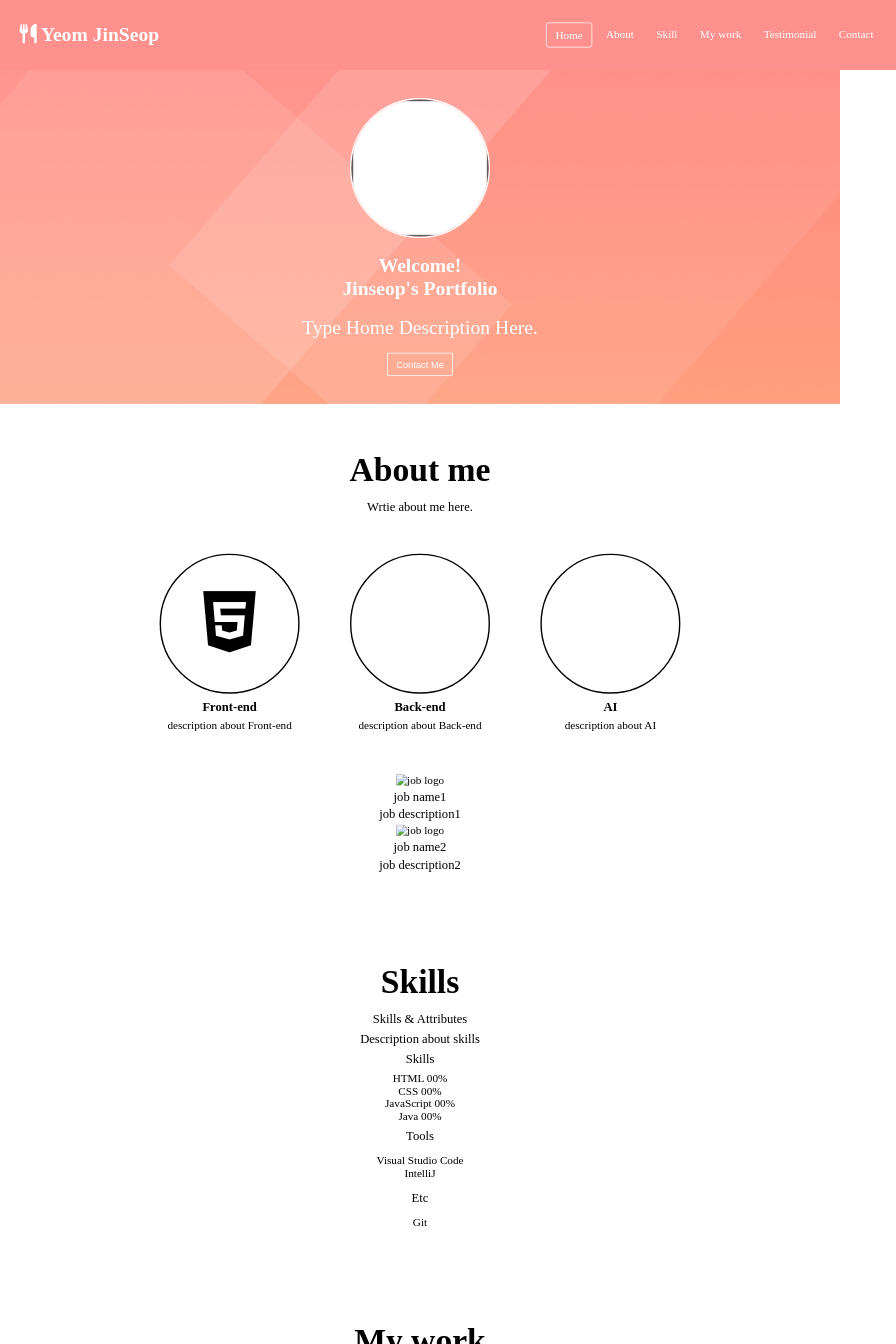
Repository: YEOMJINSEOP/yeomjinseop.github.io
Page: index.html
The author's editor kept a copy of each file at every save. The page is drawn from the files as they stood at one save, then again after the next save.
The browser window is 1280 px wide. The pictures show the part of the page from y = 0 to 1920 px (the page is 2971 px tall), at 70% of full size.
Some icons come from a web library that is not loaded, so they are not drawn. Some web libraries are served in a nearby version.

Above is the page before, as saved 2022-08-14 13:16:14.

### index.html
<!DOCTYPE html>
<html lang="en">
<head>
  <meta charset="UTF-8">
  <meta http-equiv="X-UA-Compatible" content="IE=edge">
  <meta name="viewport" content="width=device-width, initial-scale=1.0">
  <title>Jinseop's Portfolio</title>
  <meta name="author" content="Jinseop Yeom">
  <meta name="description" content="Portfolio Website For Jinseop Yeom">

  <!--Logo Image-->
  <link rel="icon" type="image/png" href="images/favicon.png">


  <!--Font Awesome-->
  <script src="https://kit.fontawesome.com/d24b25bb21.js" crossorigin="anonymous"></script>

  <!--Google Fonts-->
  <link rel="preconnect" href="https://fonts.googleapis.com">
  <link rel="preconnect" href="https://fonts.gstatic.com" crossorigin>
  <link href="https://fonts.googleapis.com/css2?family=Open+Sans:wght@400;600;700&display=swap" rel="stylesheet">

  <!--CSS-->
  <link rel="stylesheet" href="style.css">

  <!--JavaScript-->
  <script src="main.js" defer></script>

</head>
<body>
  <!--Navbar-->
  <nav id="navbar">
    <div class="navbar__logo">
      <i class="fa-solid fa-utensils"></i>
      <a href="#">Yeom JinSeop</a>
    </div>
    <div>
      <ul class="navbar__menu">
        <li class="navbar__menu__item active">Home</li>
        <li class="navbar__menu__item">About</li>
        <li class="navbar__menu__item">Skill</li>
        <li class="navbar__menu__item">My work</li>
        <li class="navbar__menu__item">Testimonial</li>
        <li class="navbar__menu__item">Contact</li>
      </ul>
    </div>
  </nav>

  <!-- Home -->
  <section id="home" class="section">
    <img src="/images/whileimage.png" alt="Jinseop's image" class="home__avatar">
    <h1 class="home__title">Welcome! <br/> Jinseop's Portfolio</h1>
    <h3 class="home__description">Type Home Description Here.</h3>
    <button class="home__button">Contact Me</button>
  </section>

  <!--About-->
  <section id="about" class="section">
    <h1>About me</h1>
    <p>Wrtie about me here.</p>

    <div class="about__majors">
      <div class="about__majors">
      <div class="major">
        <div class="major__icon">
          <i class="fa-brands fa-html5"></i>
        </div>
        <div class="major__title">
          Front-end
        </div>
        <div class="major__description">
          description about Front-end
        </div>
      </div>

      <div class="major">
        <div class="major__icon">
        </div>
        <div class="major__title">
          Back-end
        </div>
        <div class="major__description">
          description about Back-end
        </div>
      </div>


      <div class="major">
        <div class="major__icon">

        </div>
        <div class="major__title">
          AI
        </div>
        <div class="major__description">
          description about AI
        </div>
      </div>
    </div>
    </div>

    <div class="about__jobs">
      <div class="job">
        <img src="" alt="job logo" class="job__logo">
        <p class="job__name">job name1</p>
        <p class="job__description">job description1</p>
      </div>
      <div class="job">
        <img src="" alt="job logo" class="job__logo">
        <p class="job__name">job name2</p>
        <p class="job__description">job description2</p>
      </div>
    </div>
  </section>

  <!--Skills-->
  <section id="skills" class="section">
    <h1>Skills</h1>
    <h3>Skills & Attributes</h3>
    <p>Description about skills</p>
    <div class="skillset">
      <div class="skillset__left">
        <h3 class="skillset__title">Skills</h3>
        <div class="skill">
          <div class="skill_description">
            <span>HTML</span>
            <span>00%</span>
          </div>

          <div class="skill__bar">
            <div class="skill__value"></div>
          </div>
        </div>

        <div class="skill">
          <div class="skill_description">
            <span>CSS</span>
            <span>00%</span>
          </div>

          <div class="skill__bar">
            <div class="skill__value"></div>
          </div>

          <div class="skill">
            <div class="skill_description">
              <span>JavaScript</span>
              <span>00%</span>
            </div>

            <div class="skill__bar">
              <div class="skill__value"></div>
            </div>
          </div>
        </div>

        <div class="skill">
          <div class="skill_description">
            <span>Java</span>
            <span>00%</span>
          </div>

          <div class="skill__bar">
            <div class="skill__value"></div>
          </div>
        </div>
      </div>
      <div class="skillset_right">
        <div class="tools">
          <h3 class="skillset__title">Tools</h3>
          <ul class="tools_list">
            <li><span>Visual Studio Code</span></li>
            <li><span>IntelliJ</span></li>
          </ul>
        </div>

        <div class="etc">
          <h3 class="skillset__title">Etc</h3>
          <ul class="etc__list">
            <li><span>Git</span></li>
          </ul>
        </div>

      </div>
    </div>
  </section>

  <!--Work-->
  <section id="work" class="section">
    <h1>My work</h1>
    <h3>Projects</h3>
    <div class="work__categories">
      <button class="category__btn">All<span class="category__count">3</span></button>
      <button class="category__btn">Front-end<span class="category__count">1</span></button>
      <button class="category__btn">Back-end<span class="category__count">1</span></button>
      <button class="category__btn">AI<span class="category__count">1</span></button>
    </div>

    <div class="work__projects">
      <a href="#" class="project" target="blank">
        <img src="" alt="project image" class="project__image">
        <div class="project__description">
          <h3>Project Name</h3>
          <span>Description about Project</span>
        </div>
      </a>

      <a href="#" class="project" target="blank">
        <img src="" alt="project image" class="project__image">
        <div class="project__description">
          <h3>Project Name</h3>
          <span>Description about Project</span>
        </div>
      </a>

      <a href="#" class="project" target="blank">
        <img src="" alt="project image" class="project__image">
        <div class="project__description">
          <h3>Project Name</h3>
          <span>Description about Project</span>
        </div>
      </a>

      <a href="#" class="project" target="blank">
        <img src="" alt="project image" class="project__image">
        <div class="project__description">
          <h3>Project Name</h3>
          <span>Description about Project</span>
        </div>
      </a>
    </div>
  </section>

  <!--Testimonial-->
  <section id="testimonial" class="section">
    <h1>Testimonial</h1>
    <h3>See What They Say About Me</h3>
    <div class="testimonials">
      <div class="testimonial">
        <img src="" alt="Person Image" class="testimonial__avatar">
        <div class="testimonial__speech_bubble">
          <p>Recommendation Talk Here.</p>
          <p class="name"><a href="#">Professor A</a></p>
        </div>
      </div>

      <div class="testimonial">
        <img src="" alt="Person Image" class="testimonial__avatar">
        <div class="testimonial__speech_bubble">
          <p>Recommendation Talk Here.</p>
          <p class="name"><a href="#">Professor A</a></p>
        </div>
      </div>
    </div>
  </section>

  <!--Contact-->
  <section id="contact" class="section">
    <h1>Let's Talk</h1>
    <h3>yeom_123@naver.com</h3>
    <div class="contact_links">
      <a href="#" target="blank">
        <i class = "fab fa-github"></i>
      </a>

      <a href="#" target="blank">
        <i class = "fa fa-linkedin-square"></i>
      </a>
    </div>
    <p class="contact_rights">
      2022 YEOM JINSEOP - All rights reserved
    </p>
  </section>
</body>
</html>

### style.css
 /* Global */

 :root{
  /* Color */
  --color-white: #ffffff;
  --color-light-white: #eeeeee;
  --color-dark-whtie: #bdbdbd;
  --color-pink: #fe918d;
  --color-dark-pink: #ff6863;
  --color-black: #4d4d4d;
  --color-grey: #616161;
  --color-light-gray: #7c7979;
  --color-blue: #73aace;
  --color-yellow: #fff7d1;
  --color-orange: #feb546;
  --color-black: #000000;

  /* Font size */
  --font-large: 48px;
  --font-medium: 28px;
  --font-regular: 18px;
  --font-small: 16px;
  --font-micro: 14px;


  /* Font Weight */
  --weight-bold: 700;
  --weight-semi-bold: 600;
  --weight-regular: 400;

  /* Size */
  --size-border-radius: 4px;

 }

 /* Universal tages */
 * {
  box-sizing: border-box;
 }

 body{
  margin: 0;
  font-family:'Gill Sans', 'Gill Sans MT', Calibri, 'Trebuchet MS', sans-serif
  cursor: default;
}

 a{
  text-decoration: none;
  color: var(--color-white);
 }

 ul{
  list-style: none;
  padding-left: 0;
 }

 button{
  background-color: transparent;
  border: none;
  cursor: pointer;
 }



 /* Typography */

 h1{
  font-size: var(--font-large);
  font-weight: var(--weight-bold);
  color: var(--color-black);
  margin: 16px 0;
 }

 h2{
  font-size: var(--font-medium);
  font-weight: var(--weight-semi-bold);
  color: var(--color-black);
  margin: 8px 0;
 }

 h3{
  font-size: var(--font-regular);
  font-weight: var(--weight-regular);
  color: var(--color-black);
  margin: 8px 0;
 }

 p{
  font-size: var(--font-regular);
  font-weight:  var(--font-regular);
  color: var(--color-black);
  margin: 4px 0;
 }

 /* Body  */

 /* Nav */
 #navbar{
  display: flex;
  justify-content: space-between;
  align-items: center;
  background-color: var(--color-pink);
  color: var(--color-white);
  padding: 16px;
 }

 .navbar__logo{
  font-size: var(--font-medium);
  font-weight: var(--weight-semi-bold);
  padding: 8px 12px;
 }

 .navbar__menu{
  display: flex;
  font-size: var(--font-small);
  font-weight: var(--weight-regular);
 }

 .navbar__menu__item.active{
  border: 1px solid white;
 }

 .navbar__menu__item{
  padding: 8px 12px;
  margin: 0 4px;
  border-radius: var(--size-border-radius);
  cursor: pointer;
 }

 .navbar__menu__item:hover{
  background-color: var(--color-dark-pink);
 }

 /* Home */

 #home{
  background-image: url('/images/homebackground.png');
  background-position: center;
  background-repeat: no-repeat;
  background-size: cover;
  padding: 40px;
  text-align: center;
 }

 .home__avatar{
  border: 2px solid var(--color-white);
  border-radius: 50%;
  width: 200px;
  height: 200px;
 }

 .home__title,
 .home__description{
  font-size: var(--font-medium);
  color: var(--color-white);
  padding: 4px;
 }

 .home__button{
  border: 1px solid var(--color-white);
  padding: 8px 12px;
  margin-top: 8px;
  color: var(--color-white);
 }

.home__button:hover{
  background-color: var(--color-dark-pink);
}

/* Section Common */
.section{
  padding: 50px;
  text-align: center;
  max-width: 1200px;
}

/* About */

.about__majors{
  display: flex;
  justify-content: center;
  margin: 8px 12px;
  padding: 12px;
}

.major{
  margin: 8px 24px;
}

.major__icon{
  height: 200px;
  width: 200px;
  font-size: 100px;
  line-height: 200px;
  border: 2px solid black;
  border-radius: 50%;
  margin-bottom: 8px;
}

.major__icon{
  margin: 8px 12px;
}

.major__title{
  font-size: var(--font-regular);
  font-weight: var(--weight-semi-bold);
}

.major__description{
  margin: 8px 12px;
}

.about__jobs{
  margin: 12px;
}

Loaded but not shown: main.js (no copy from this time; the picture is the same without it)

After the next save:
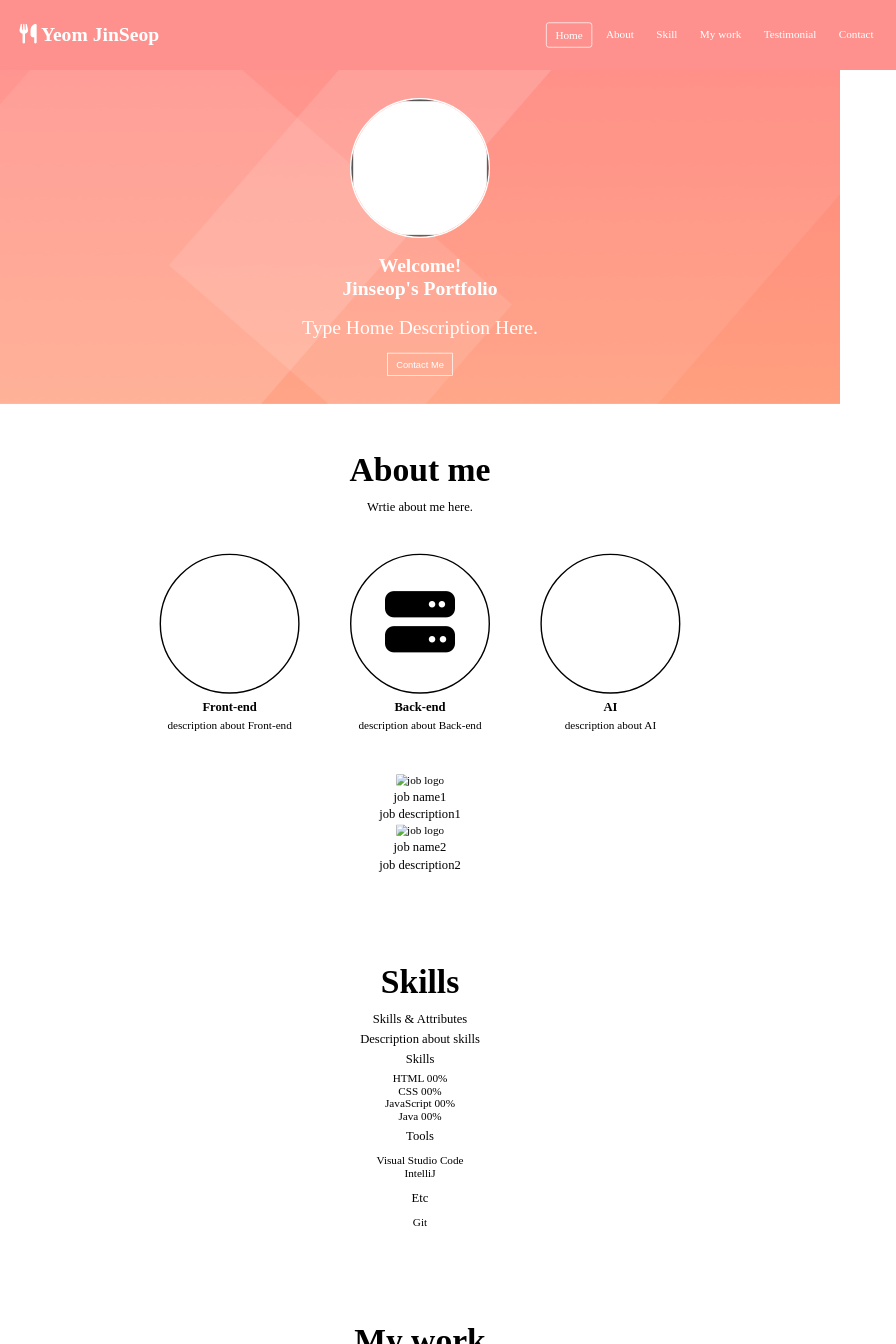
Saved 71 s later.
--- a/index.html
+++ b/index.html
@@ -63,7 +63,7 @@
       <div class="about__majors">
       <div class="major">
         <div class="major__icon">
-          <i class="fa-brands fa-html5"></i>
+          <i class="fa-solid fa-browser"></i>
         </div>
         <div class="major__title">
           Front-end
@@ -75,6 +75,7 @@
 
       <div class="major">
         <div class="major__icon">
+          <i class="fa-solid fa-server"></i>
         </div>
         <div class="major__title">
           Back-end
